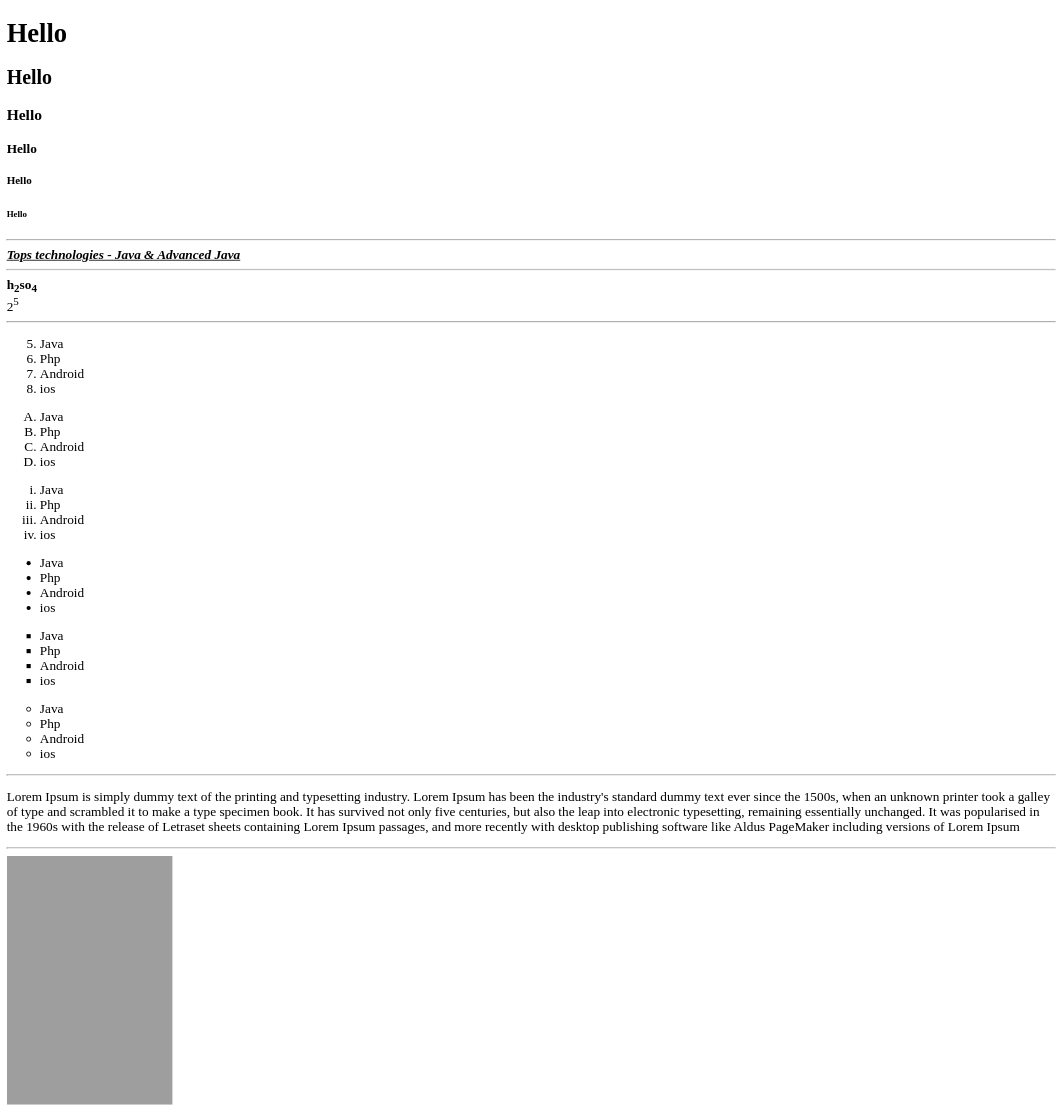
Repository: Chintan-elite/Java_Shail
Page: Learning_web/src/main/webapp/index.html
The author's editor kept a copy of each file at every save. The page is drawn from the files as they stood at one save, then again after the next save.
The browser window is 1280 px wide. The pictures show the whole page, at 83% of full size.
Pictures or frames that could not be fetched are drawn as grey boxes.

Above is the page before, as saved 2023-09-08 12:15:24.

After the next save:
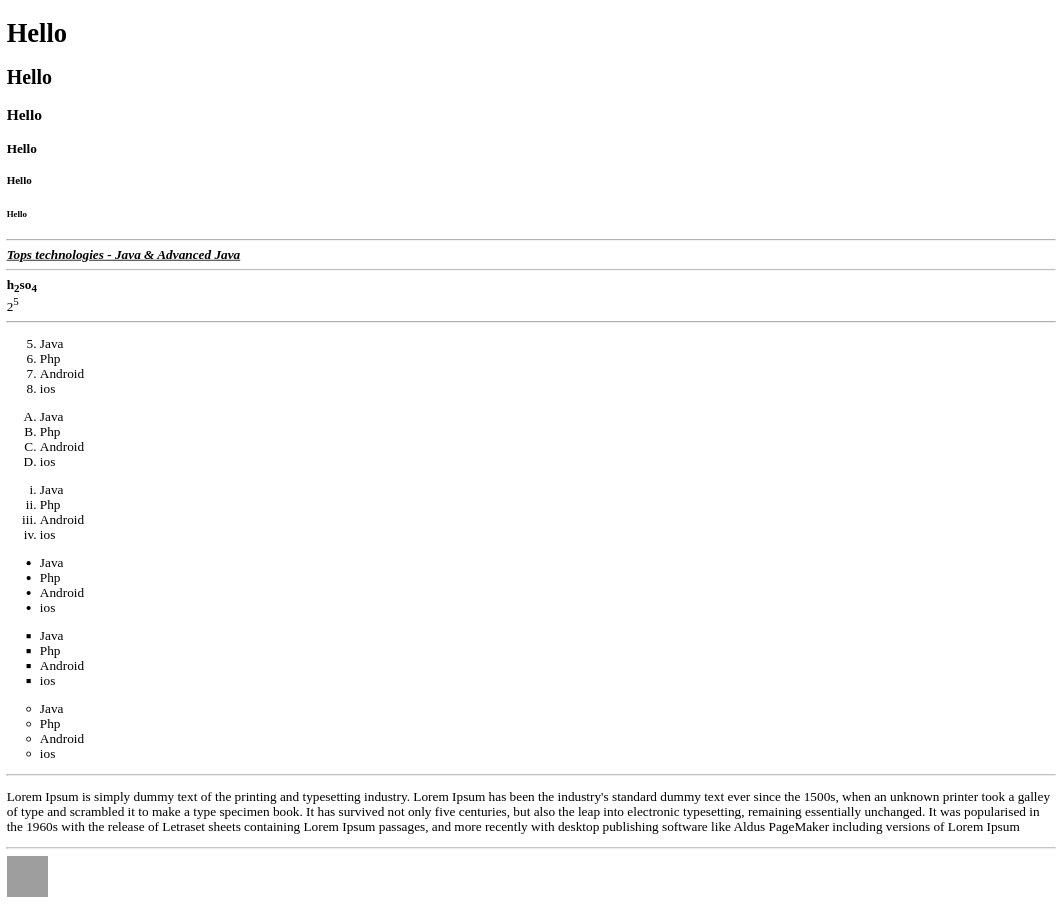
Saved 31 s later.
--- a/Learning_web/src/main/webapp/index.html
+++ b/Learning_web/src/main/webapp/index.html
@@ -72,7 +72,7 @@
 
 	<hr>
 
-	<img alt="image not found" src="https://picsum.photos/200/300">
+	<img width="50px" height="50px" alt="image not found" src="https://picsum.photos/200/300">
 
 
 
